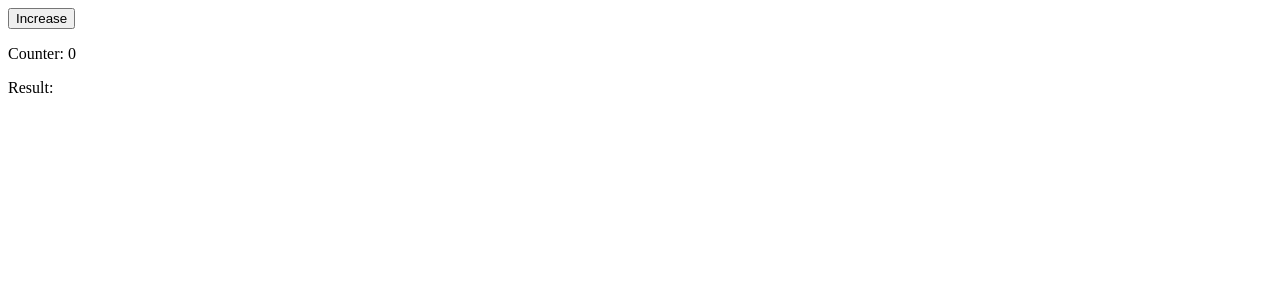
Repository: wojkos/Learn
Page: Vue/index4.html
An editor plug-in stored every save of this project. The page is shown before and after the next save, followed by the edit.
The browser window is 1280 px wide. The pictures show the whole page.

Above is the page before, as saved 2018-04-09 23:50:52.

After the next save:
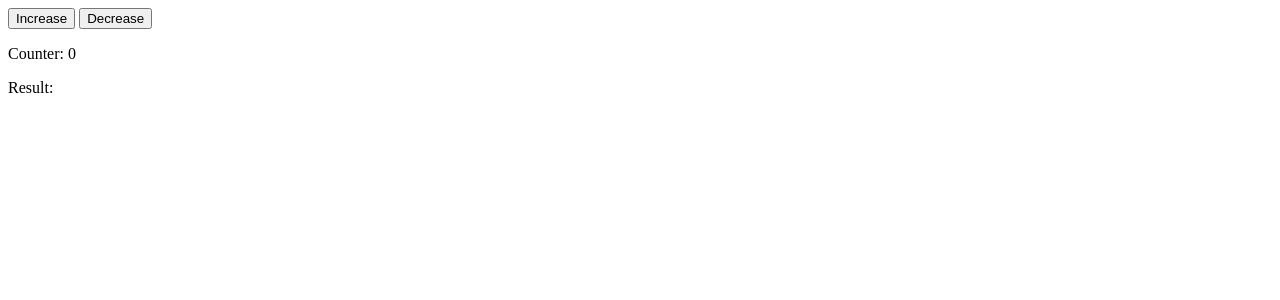
Saved 3 min 3 s later.
--- a/Vue/index4.html
+++ b/Vue/index4.html
@@ -10,7 +10,8 @@
 
 <body>
     <div id="app">
-        <button v-on:click="increase">Increase</button>
+        <button v-on:click="counter++">Increase</button>
+        <button v-on:click="counter--">Decrease</button>
         <p>Counter: {{ counter }}</p>
         <p>Result: {{ result }}</p>
     </div>
@@ -24,9 +25,8 @@
                 result: ''
             },
             methods: {
-                increase: function() {
-                    this.counter++;
-                    this.result = this.counter > 5 ? "Greater 5" : 'Smaller 5'
+                result() {
+                    return this.counter > 5 ? "Greater 5" : 'Smaller 5'
                 }
             }
         });
